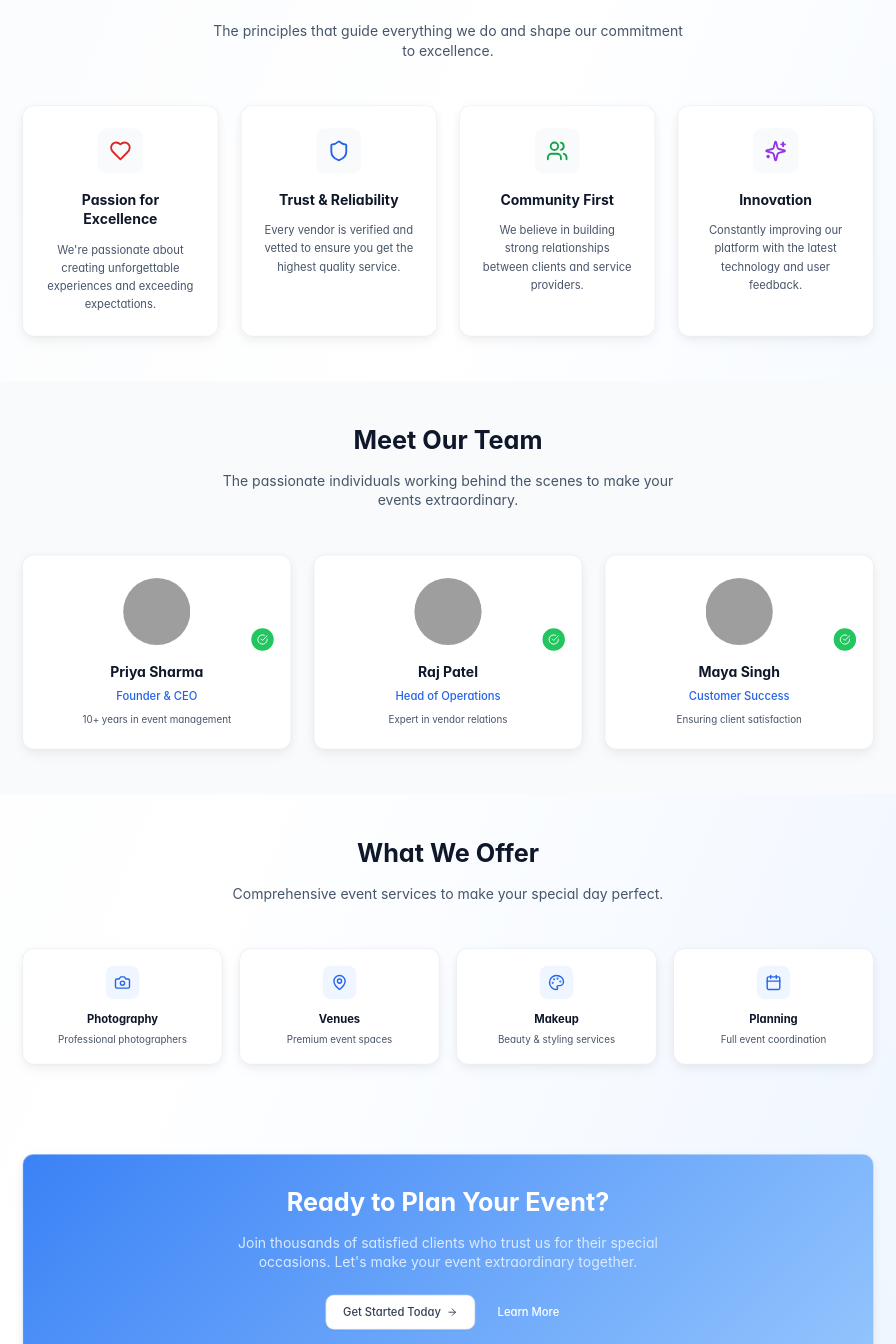
Repository: leonischu/FinalR
Page: /about (app in project/)
These files come from the project's save history. The page is drawn as it stood at one moment and after the next save; the edit follows.
The browser window is 1280 px wide. The pictures show the part of the page from y = 1172 to 3092 px (the page is 3184 px tall), at 70% of full size.
Pictures or frames that could not be fetched are drawn as grey boxes. The page's requests for data from a server got no answer. The project was rebuilt for these pictures with package versions that can differ from the ones it lists, and the page was loaded fresh each time. No one was signed in, and anything a server would have sent is missing. Also part of the build but not shown: project/vite.config.ts, project/src/pages/auth/LoginPage.tsx, project/src/pages/auth/SignupPage.tsx, project/src/services/bookingService.js, project/src/hooks/useFileUpload.ts, project/src/components/FileUpload.tsx, project/src/services/paymentService.js, project/src/pages/client/ClientDashboard.tsx and 21 more.

Above is the page before, as saved 2025-07-22 14:31:21.

After the next save:
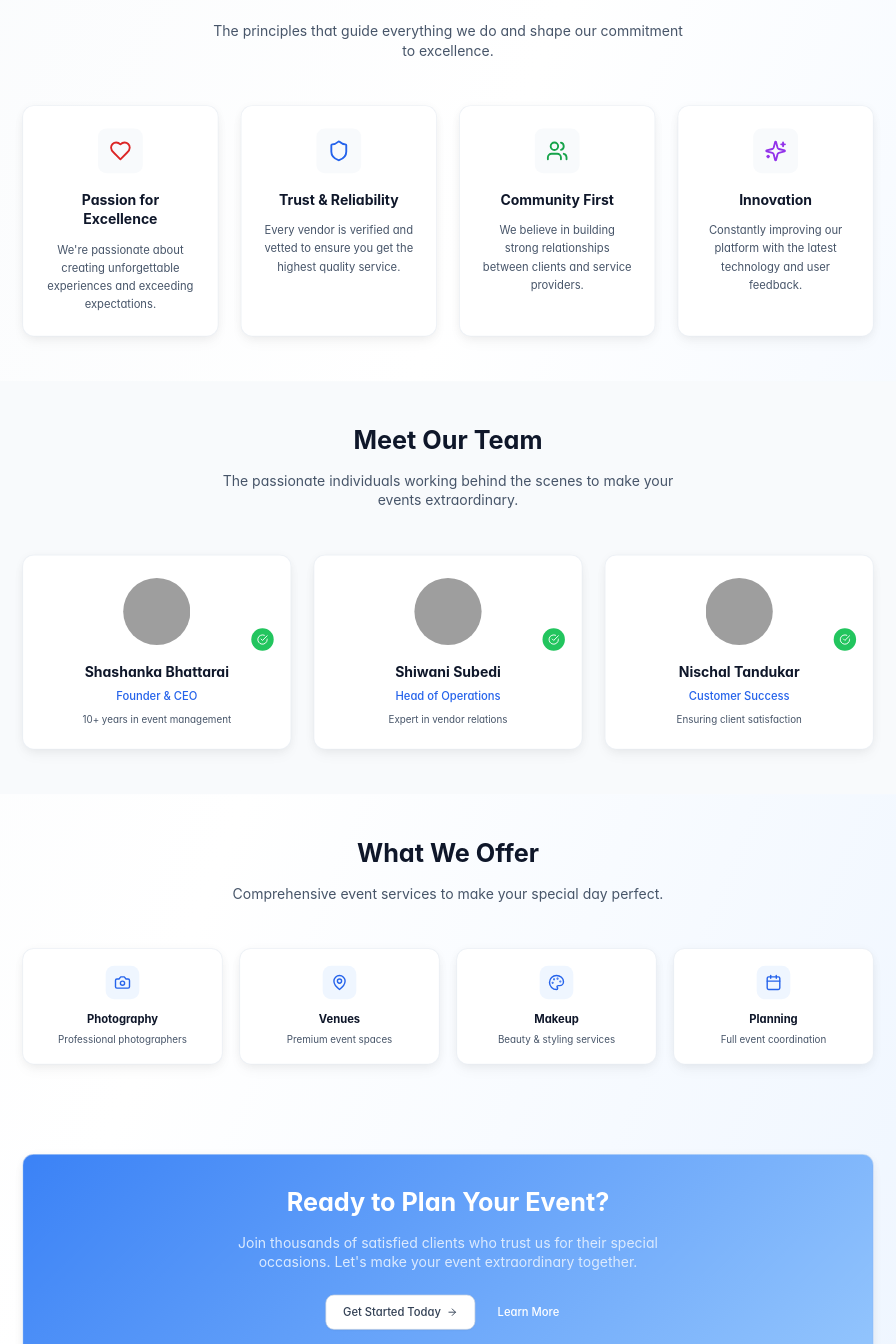
Saved 2 min 9 s later.
--- a/project/src/pages/AboutUs.tsx
+++ b/project/src/pages/AboutUs.tsx
@@ -51,21 +51,21 @@
 
   const team = [
     {
-      name: "Priya Sharma",
+      name: "Shashanka Bhattarai",
       role: "Founder & CEO",
       image:
         "https://images.pexels.com/photos/1040880/pexels-photo-1040880.jpeg?auto=compress&cs=tinysrgb&w=300&h=300&dpr=2",
       description: "10+ years in event management",
     },
     {
-      name: "Raj Patel",
+      name: "Shiwani Subedi",
       role: "Head of Operations",
       image:
         "https://images.pexels.com/photos/1040881/pexels-photo-1040881.jpeg?auto=compress&cs=tinysrgb&w=300&h=300&dpr=2",
       description: "Expert in vendor relations",
     },
     {
-      name: "Maya Singh",
+      name: "Nischal Tandukar",
       role: "Customer Success",
       image:
         "https://images.pexels.com/photos/1040882/pexels-photo-1040882.jpeg?auto=compress&cs=tinysrgb&w=300&h=300&dpr=2",
